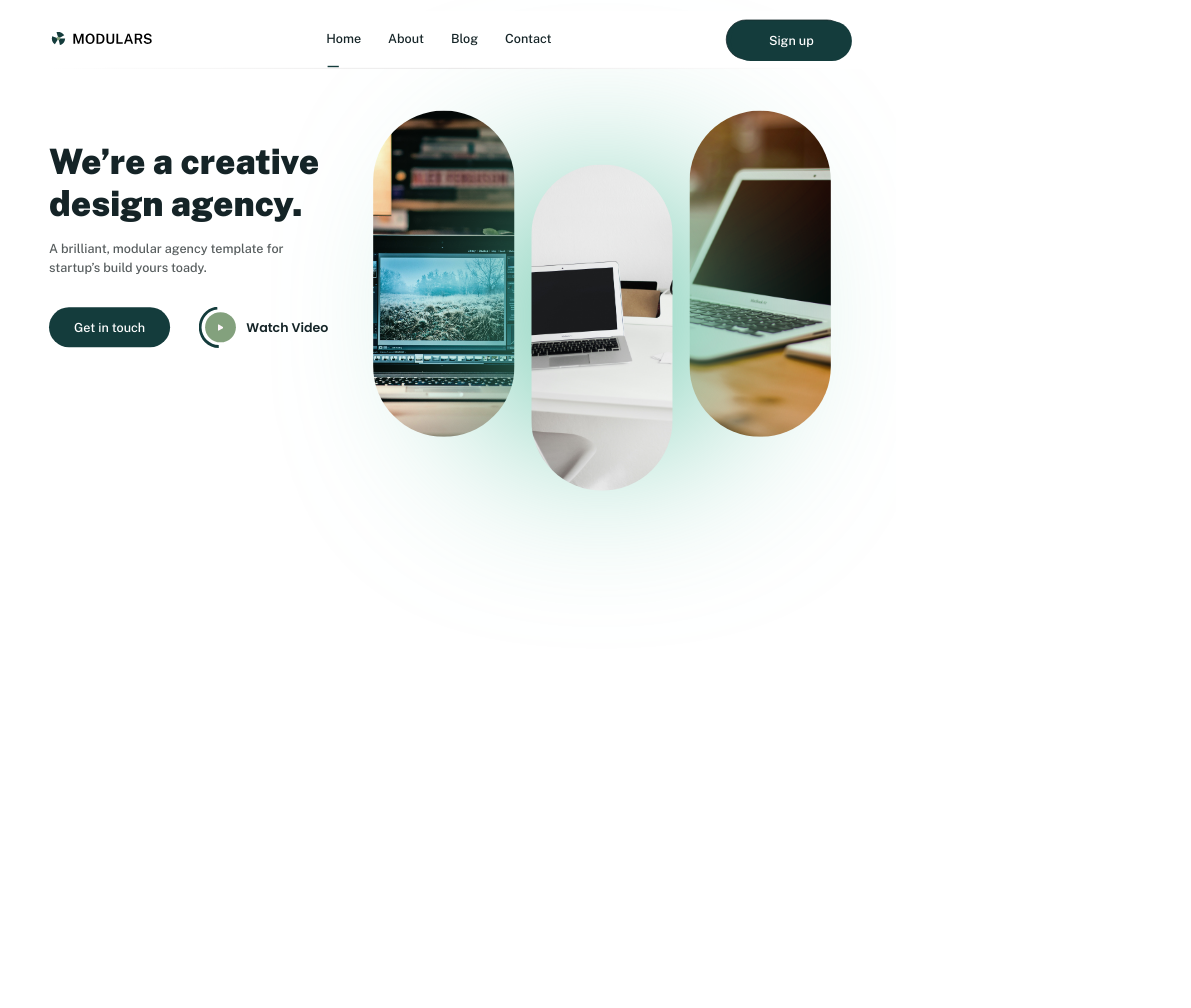
Repository: Learncode-every-day/Project-3.1
Page: index.html
These files come from the project's save history. The page is drawn as it stood at one moment and after the next save; the edit follows.
The browser window is 1280 px wide. The page is 1280 px wide, then 1701 px, so the pictures cover 1701 px, including what lies to the right of the window. The pictures show the part of the page from y = 0 to 1440 px (the page is 5015 px tall), at 70% of full size.

Above is the page before, as saved 2024-06-23 16:05:02.

After the next save:
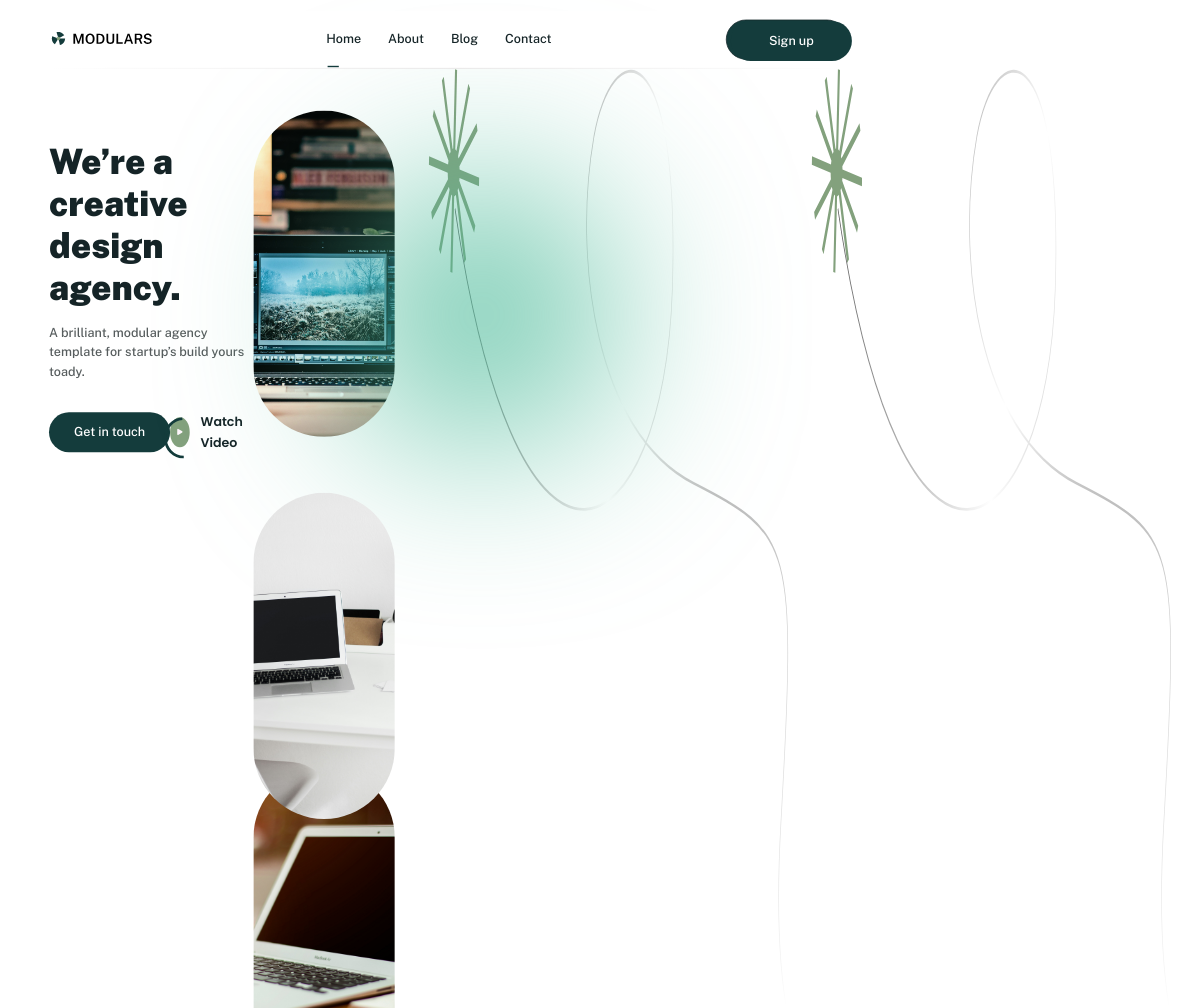
Saved 2 min 32 s later.
--- a/index.html
+++ b/index.html
@@ -187,6 +187,17 @@
                                 />
                             </figure>
                         </div>
+
+                        <img
+                            src="./assets/icons/Vector.svg"
+                            alt=""
+                            class="header__vector"
+                        />
+                        <img
+                            src="./assets/icons/Vector.svg"
+                            alt=""
+                            class="header__vector"
+                        />
                     </div>
                 </div>
             </section>
